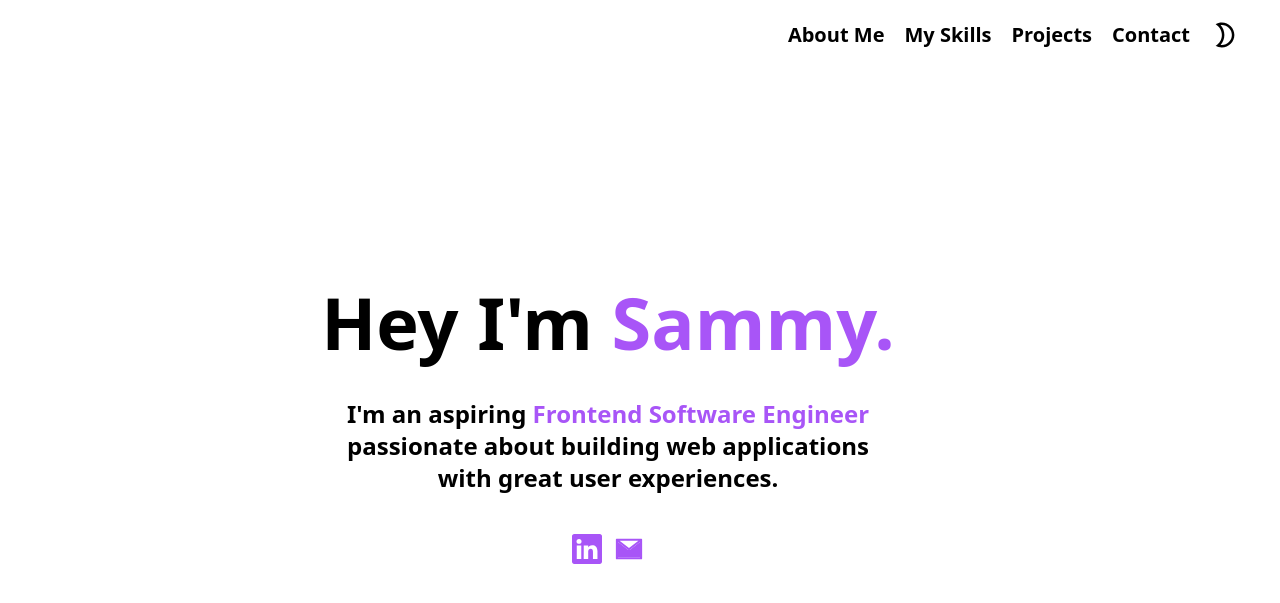
Repository: Al123Kudayyd/e-portfolio
Page: /
The author's editor kept a copy of each file at every save. The page is drawn from the files as they stood at one save, then again after the next save.
The browser window is 1280 px wide. The pictures show the whole page.
The project was rebuilt for these pictures with package versions that can differ from the ones it lists, and the page was loaded fresh each time. The framework's server and built-in components were replaced by stand-ins that run in the browser. Also part of the build but not shown: next.config.js.

Above is the page before, as saved 2023-06-06 23:29:50.

### pages/index.tsx
import Info from "@/components/Info";
import Nav from "@/components/Nav";



export default function Home() {
  return (
    <>
      <Nav />
      <div className="flex justify-center items-center md:mt-48">
        <Info />
        <div className="border-black h-16 w-16"></div>
      </div>


    </>
  )
}

### components/Info.tsx
import { BsLinkedin } from 'react-icons/bs'
import { AiTwotoneMail } from 'react-icons/ai'

function Info() {
  return (
    <div className="overflow-hidden">
        <div className="space-y-10 my-11 flex-col text-center justify-center items-center">
          <h1 className="text-7xl font-bold">Hey I'm <span className="text-purple-500">Sammy.</span></h1>
          <h3 className="text-2xl font-semibold">I'm an aspiring <span className="text-purple-500">Frontend Software Engineer</span> <br /> passionate about building web applications <br /> with great user experiences.</h3>
          <div className="flex justify-center items-center space-x-3 text-3xl text-purple-500 cursor-pointer">
            <BsLinkedin />
            <AiTwotoneMail />
          </div>
        </div>
      </div>
  )
}

export default Info

### components/Nav.tsx
import { MdOutlineModeNight } from 'react-icons/md'
import { FaBars } from 'react-icons/fa'

function Nav() {
  return (
    <div className='my-5 mx-10 flex items-center justify-end font-bold cursor-pointer'>
        <FaBars className='flex md:hidden lg:hidden text-2xl hover:text-purple-500 transition' />
        <ul className='md:flex lg:flex hidden space-x-5 items-center justify-end text-xs sm:text-xl'>
            <li className='hover:text-purple-500 transition'>About Me</li>
            <li className='hover:text-purple-500 transition'>My Skills</li>
            <li className='hover:text-purple-500 transition'>Projects</li>
            <li className='hover:text-purple-500 transition'>Contact</li>
            <li><MdOutlineModeNight className='text-3xl hover:scale-110 transition' /></li>

        </ul>

    </div>
  )
}

export default Nav

Loaded but not shown: pages/_app.tsx (common file); pages/_document.tsx (common file); styles/globals.css (common file); tailwind.config.js (common file)

After the next save:
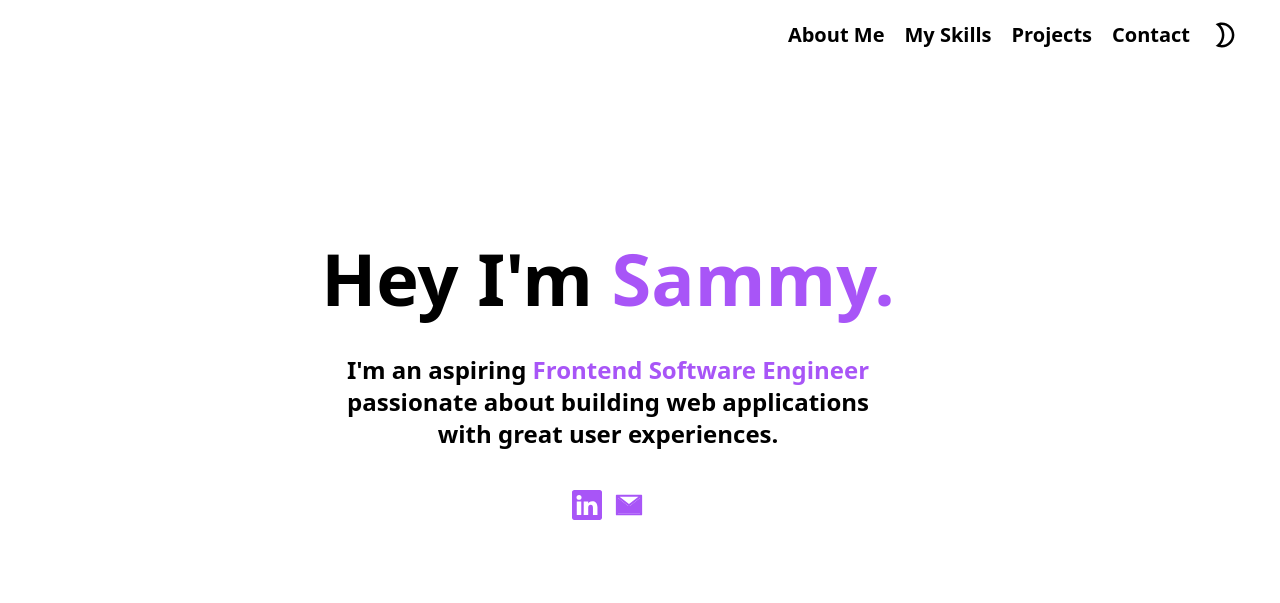
Saved 32 s later.
--- a/components/Info.tsx
+++ b/components/Info.tsx
@@ -4,7 +4,7 @@ import { AiTwotoneMail } from 'react-icons/ai'
 function Info() {
   return (
     <div className="overflow-hidden">
-        <div className="space-y-10 my-11 flex-col text-center justify-center items-center">
+        <div className="space-y-10 flex-col text-center justify-center items-center">
           <h1 className="text-7xl font-bold">Hey I'm <span className="text-purple-500">Sammy.</span></h1>
           <h3 className="text-2xl font-semibold">I'm an aspiring <span className="text-purple-500">Frontend Software Engineer</span> <br /> passionate about building web applications <br /> with great user experiences.</h3>
           <div className="flex justify-center items-center space-x-3 text-3xl text-purple-500 cursor-pointer">
